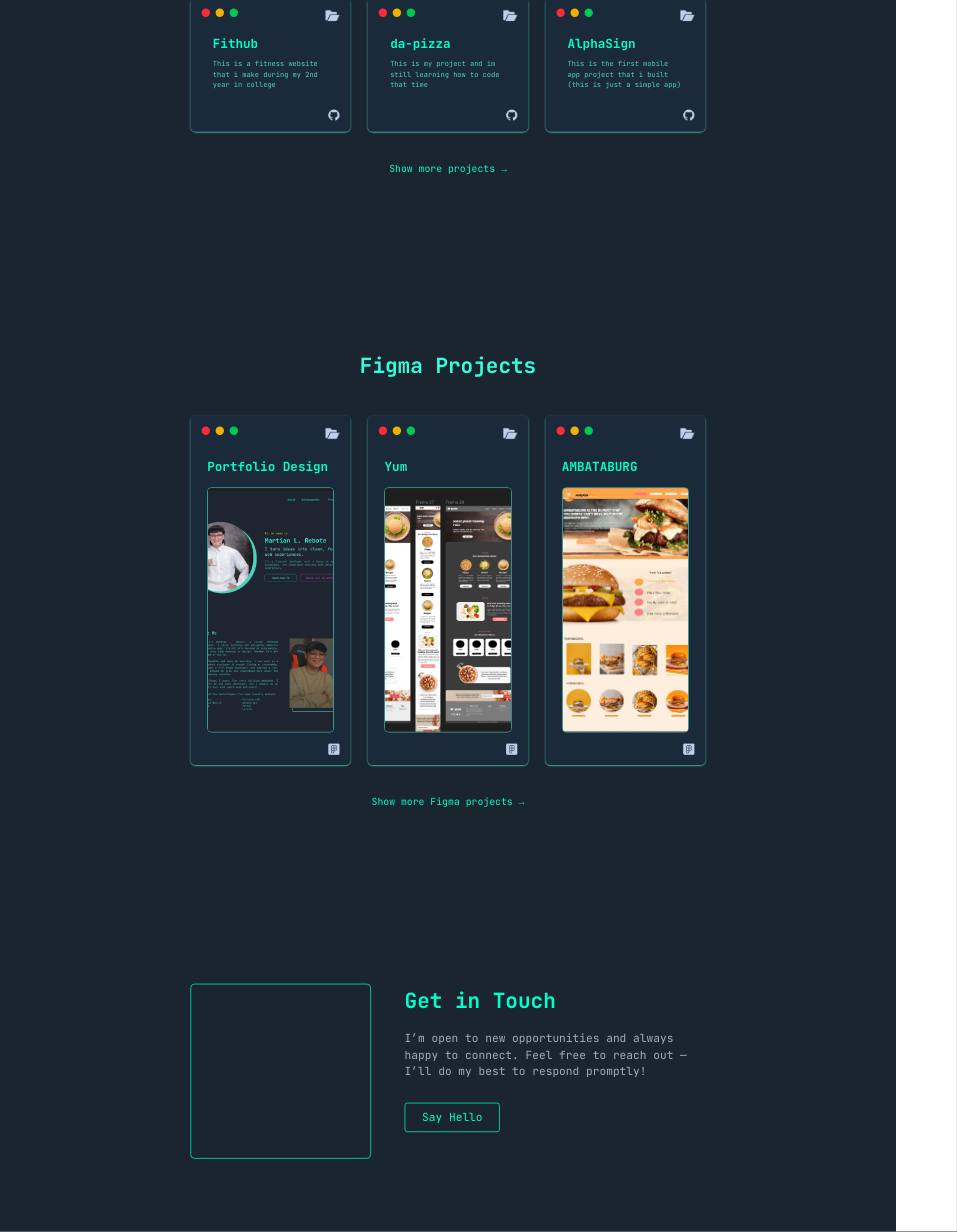
Repository: m4rsu-code/Portfolio
Page: / (app in my-portfolio/)
The author's editor kept a copy of each file at every save. The page is drawn from the files as they stood at one save, then again after the next save.
The browser window is 1280 px wide. The page is 1367 px wide, so the pictures cover 1367 px, including what lies to the right of the window. The pictures show the part of the page from y = 3195 to 4955 px (the page is 4955 px tall), at 70% of full size.
The project was rebuilt for these pictures with package versions that can differ from the ones it lists, and the page was loaded fresh each time. Also part of the build but not shown: my-portfolio/vite.config.js, my-portfolio/src/assets/components/Modal/AchievementModal.jsx, my-portfolio/src/AchievementsPage.jsx, my-portfolio/src/ProjectPage.jsx, my-portfolio/src/FigmaProjectsPage.jsx.

Above is the page before, as saved 2025-08-04 18:16:55.

### my-portfolio/src/main.jsx
import { StrictMode } from "react";
import { createRoot } from "react-dom/client";
import { BrowserRouter as Router, Routes, Route } from "react-router-dom";
import "./assets/CSS/index.css";
import App from "./App.jsx";
import AchievementsPage from "./AchievementsPage.jsx";
import ProjectPage from "./ProjectPage.jsx";
import FigmaProjectsPage from "./FigmaProjectsPage.jsx";
import ScrollToTop from "./assets/components/ScrollToTop.jsx";

createRoot(document.getElementById("root")).render(
  <StrictMode>
    <Router>
      <ScrollToTop />
      <Routes>
        <Route path="/" element={<App />} />
        <Route path="/achievements" element={<AchievementsPage />} />
        <Route path="/projects" element={<ProjectPage />} />
        <Route path="/figma-projects" element={<FigmaProjectsPage />} />
      </Routes>
    </Router>
  </StrictMode>
);

### my-portfolio/src/assets/CSS/index.css
@import "tailwindcss";

@layer base {
  .font-jetbrains-mono {
    font-family: 'JetBrains Mono', monospace;
  }
}

### my-portfolio/src/App.jsx
import { useState } from 'react';
import { Link } from 'react-router-dom';
import Navbar from './assets/components/Navbar';
import AchievementModal from './assets/components/Modal/AchievementModal';
import './assets/CSS/animation.css';
import { achievements, projects, figmaProjects } from './assets/components/data';
import ScrollToTopButton from './assets/components/ScrollToTopButton';

function App() {
  const [isModalOpen, setIsModalOpen] = useState(false);
  const [selectedAchievement, setSelectedAchievement] = useState(null);

  const openModal = (achievement) => {
    setSelectedAchievement(achievement);
    setIsModalOpen(true);
  };

  const closeModal = () => {
    setIsModalOpen(false);
    setSelectedAchievement(null);
  };

  return (
    <div className='min-h-screen bg-[#1A252F]'>
      <Navbar />
      <ScrollToTopButton />
      <div className='w-full px-60 py-10'>
        {/* Introduction Section */}
        <div className="flex flex-col items-center justify-center mt-30">
          <div className="flex flex-col md:flex-row items-center justify-center gap-35 px-8 py-16">
            {/* Image with Glowing Effect */}
            <div className="relative">
              <div className="rounded-full border-[2px] border-[#00FFCC] overflow-hidden w-[500px] h-[500px] animate-glow">
                <img
                  src="/Images/me.png"
                  alt="Martian L. Rebote"
                  className="object-cover w-full h-full"
                />
              </div>
            </div>

            {/* Text Content */}
            <div className="text-center md:text-left font-jetbrains-mono">
              <div className='w-full md:w-[750px]'>
                <p className="text-[#FFEA00] text-[18px]">Hi, my name is</p>
                <h1 className="text-[#00FFCC] text-[45px] font-bold mt-2">Martian L. Rebote</h1>
                <p className="text-base text-[30px] font-bold text-[#57CDB9] mt-4">
                  I turn ideas into clean, functional web experiences.
                </p>
                <p className="mt-4 text-[#4CD2BC] leading-relaxed text-[18px]">
                  I’m a frontend developer with a focus on building fast, accessible, and responsive websites that deliver great user experiences.
                </p>
              </div>

              <div className="mt-6 flex flex-col sm:flex-row items-center gap-4">
                <a href="/Martian_Rebote_CV.pdf" className="border border-[#00FFCC] px-5 py-2 rounded-md text-[#00FFCC] hover:bg-[#00FFCC] hover:text-black transition-colors">
                  Download CV
                </a>
                <a href="#projects" className="border border-[#FF38E5] px-5 py-2 rounded-md text-[#FF38E5] hover:bg-[#FF38E5] hover:text-black transition-colors">
                  Check out my work!
                </a>
              </div>
            </div>
          </div>
        </div>

        {/* About Me Section */}
        <div id="about" className="flex flex-col mt-30">
          <div className='flex flex-col md:flex-row items-center justify-between gap-10 px-8 py-16'>
            <div className='w-full md:w-[800px] text-left font-jetbrains-mono'>
              <h2 className='text-[#31FFDD] text-[30px] font-bold mb-7'>About Me</h2>
              <div className='w-full md:w-[900px] text-justify px-5'>
                <p className='text-[#4CD2BC] text-[18px] mt-4'>
                  Hi, I’m Martian L. Rebote, a junior frontend developer. I enjoy building and designing websites and mobile apps. I’m not only focused on programming, but I also like working on design, whether it’s for the web or mobile.
                </p>
                <p className='text-[#4CD2BC] text-[18px] mt-4'>
                  I’m flexible and open to learning. I can work as a full-stack developer if needed. During my internship, I became a full-stack developer and learned a lot, which helped me grow and understand more about the programming industry.
                </p>
                <p className='text-[#4CD2BC] text-[18px] mt-4'>
                  Some of the technologies I’ve used recently include:
                </p>

                <div className='flex flex-col sm:flex-row gap-10 mt-4'>
                  <ul className='text-[#4CD2BC] text-[18px] mt-2 list-disc pl-5'>
                    <li>React</li>
                    <li>React-Native</li>
                    <li>HTML</li>
                    <li>CSS</li>
                  </ul>
                  <ul className='text-[#4CD2BC] text-[18px] mt-2 list-disc pl-5'>
                    <li>Tailwind CSS</li>
                    <li>JavaScript</li>
                    <li>Python</li>
                    <li>Laravel</li>
                  </ul>
                </div>
              </div>
            </div>

            <div className="relative image-container w-[380px] h-[450px] group cursor-pointer">
              <div className="absolute left-5 w-full h-full border-3 border-[#00FFCC] rounded-[10px] uneven-box z-0 transition-transform duration-300 ease-in-out"></div>
              <div className="relative z-10 rounded-[10px] overflow-hidden w-full h-full transition-transform duration-300 ease-in-out group-hover:translate-x-[-10px] group-hover:translate-y-[-10px]">
                <img
                  src="/Images/me2.jpg"
                  alt="Martian L. Rebote"
                  className="object-cover w-full h-full"
                />
              </div>
            </div>
          </div>
        </div>

        {/* Achievements Section */}
        <div id="achievements" className="flex flex-col mt-30 px-8 py-16 font-jetbrains-mono">
          <h2 className="text-[#31FFDD] text-[30px] font-bold mb-12">Notable Achievements</h2>

          {/* Cards Grid - Limited to first 2 achievements */}
          <div>
            {/* First Row */}
            <div className="grid md:grid-cols-2 gap-10">
              {/* Left card (code-like box with image) */}
              <div className="bg-[#1B2A3A] rounded-lg p-4 flex flex-col h-96">
                <div className="flex gap-2 mb-4">
                  <div className="w-3 h-3 bg-red-500 rounded-full"></div>
                  <div className="w-3 h-3 bg-yellow-500 rounded-full"></div>
                  <div className="w-3 h-3 bg-green-500 rounded-full"></div>
                </div>
                <div
                  className="border border-[#4CD2BC] rounded-md flex-grow overflow-hidden group cursor-pointer"
                  onClick={() => openModal(achievements[0])}
                >
                  <img
                    src={achievements[0].image}
                    alt="Achievement Image"
                    className="w-full h-full object-cover transition-transform duration-300 ease-in-out group-hover:scale-110"
                  />
                </div>
              </div>

              {/* Right card (trophy + achievement with text) */}
              <div className="flex flex-col h-64">
                <p className="text-[#31FFDD] text-sm mb-2">Featured Achievement</p>
                <h3 className="text-[#31FFDD] text-lg font-bold flex items-center gap-2">
                  🏆 {achievements[0].title}
                </h3>
                <div className="border border-[#4CD2BC] rounded-md flex-grow mt-4 p-4 text-[#4CD2BC] text-sm overflow-auto">
                  {achievements[0].description}
                </div>
                <p className="text-[#4CD2BC] text-sm mt-2">Date: {achievements[0].date}</p>
              </div>
            </div>

            {/* Second Row */}
            <div className="grid md:grid-cols-2 gap-10 mt-10">
              {/* Left card (trophy + achievement with text) */}
              <div className="flex flex-col h-64">
                <p className="text-[#31FFDD] text-sm mb-2">Featured Achievement</p>
                <h3 className="text-[#31FFDD] text-lg font-bold flex items-center gap-2">
                  🏆 {achievements[1].title}
                </h3>
                <div className="border border-[#4CD2BC] rounded-md flex-grow mt-4 p-4 text-[#4CD2BC] text-sm overflow-auto">
                  {achievements[1].description}
                </div>
                <p className="text-[#4CD2BC] text-sm mt-2">Date: {achievements[1].date}</p>
              </div>

              {/* Right card (code-like box with image) */}
              <div className="bg-[#1B2A3A] rounded-lg p-4 flex flex-col h-96">
                <div className="flex gap-2 mb-4">
                  <div className="w-3 h-3 bg-red-500 rounded-full"></div>
                  <div className="w-3 h-3 bg-yellow-500 rounded-full"></div>
                  <div className="w-3 h-3 bg-green-500 rounded-full"></div>
                </div>
                <div
                  className="border border-[#4CD2BC] rounded-md flex-grow overflow-hidden group cursor-pointer"
                  onClick={() => openModal(achievements[1])}
                >
                  <img
                    src={achievements[1].image}
                    alt="Achievement Image"
                    className="w-full h-full object-cover transition-transform duration-300 ease-in-out group-hover:scale-110"
                  />
                </div>
              </div>
            </div>
          </div>

          {/* Show more link */}
          <div className="text-center mt-10">
            <Link
                to="/achievements"
                state={{ achievements }}
                className="text-[#31FFDD] text-sm hover:underline"
              >
                Show more achievements →
              </Link>
          </div>
        </div>

        {/* Project Section */}
        <div id='projects' className="flex flex-col mt-30 px-8 py-16 font-jetbrains-mono">
          <h2 className="text-[#31FFDD] text-[30px] text-center font-bold mb-12">Featured Projects</h2>
          <div className="grid grid-cols-1 sm:grid-cols-2 lg:grid-cols-3 gap-6">
            {projects.slice(0, 6).map((project) => (
              <div
                key={project.id}
                className="bg-[#1B2A3A] rounded-lg p-4 flex flex-col h-48 relative group shadow-xs shadow-[#4CD2BC] cursor-pointer transform transition-transform duration-300 ease-in-out hover:-translate-y-2"
              >
                <div className="flex gap-2">
                  <div className="w-3 h-3 bg-red-500 rounded-full"></div>
                  <div className="w-3 h-3 bg-yellow-500 rounded-full"></div>
                  <div className="w-3 h-3 bg-green-500 rounded-full"></div>
                  <div className="justify-end ml-auto">
                    <img src="/Images/open-folder.png" alt="Folder Icon" className="w-5 h-5" />
                  </div>
                </div>
                <div className="text-left rounded-md flex-grow p-4">
                  <h3 className="text-[#00FFCC] text-[18px] font-bold mb-2">{project.title}</h3>
                  <p className="text-[#4CD2BC] text-[10px]">{project.description}</p>
                </div>
                <div className="flex justify-end gap-2">
                  {project.githubLink ? (
                    <a href={project.githubLink} target="_blank" rel="noopener noreferrer" aria-label={`View ${project.title} on GitHub`}>
                      <img
                        src="/Images/github.png"
                        alt="GitHub Icon"
                        className="w-4 h-4 hover:invert hover:brightness-0 hover:sepia hover:saturate-[100%]"
                      />
                    </a>
                  ) : (
                    <img
                      src="/Images/github.png"
                      alt="GitHub Icon"
                      className="w-4 h-4 hover:invert hover:brightness-0 hover:sepia hover:saturate-[100%]"
                    />
                  )}
                  {project.title === 'Portfolio' && project.link && (
                    <a href={project.link} target="_blank" rel="noopener noreferrer" aria-label="View Portfolio Website">
                      <img
                        src="/Images/link.png"
                        alt="Link Icon"
                        className="w-4 h-4 hover:invert hover:brightness-0 hover:sepia hover:saturate-[100%]"
                      />
                    </a>
                  )}
                </div>
              </div>
            ))}
          </div>

          {projects.length > 6 && (
            <div className="text-center mt-10">
              <Link
                to="/projects"
                state={{ projects }}
                className="text-[#00FFCC] text-sm hover:underline"
              >
                Show more projects →
              </Link>
            </div>
          )}
        </div>

        {/* Figma Projects Section */}
        <div className="flex flex-col mt-30 px-8 py-16 font-jetbrains-mono">
          <h2 className="text-[#31FFDD] text-[30px] text-center font-bold mb-12">Figma Projects</h2>
          <div className="grid grid-cols-1 sm:grid-cols-2 lg:grid-cols-3 gap-6">
            {figmaProjects.slice(0, 3).map((project) => (
              <div
                key={project.id}
                className="bg-[#1B2A3A] rounded-lg p-4 flex flex-col h-[500px] relative group shadow-xs shadow-[#4CD2BC] cursor-pointer transform transition-transform duration-300 ease-in-out hover:-translate-y-2"
              >
                {/* Header with window controls and folder icon */}
                <div className="flex gap-2 mb-4">
                  <div className="w-3 h-3 bg-red-500 rounded-full"></div>
                  <div className="w-3 h-3 bg-yellow-500 rounded-full"></div>
                  <div className="w-3 h-3 bg-green-500 rounded-full"></div>
                  <div className="justify-end ml-auto">
                    <img src="/Images/open-folder.png" alt="Folder Icon" className="w-5 h-5" />
                  </div>
                </div>

                {/* Project Title */}
                <div className="flex items-start justify-start p-2">
                  <h3 className="text-[#00FFCC] text-[18px] font-bold">{project.title}</h3>
                </div>

                {/* Image with Border and No Overlap */}
                <div className="flex-grow flex items-center justify-center p-2">
                  <div className="border border-[#4CD2BC] rounded-md w-full h-[350px] overflow-hidden ">
                    <img
                      src={project.image}
                      alt={`${project.title} Image`}
                      className="w-full h-full object-cover"
                      onError={(e) => (e.target.src = '/Images/fallback.png')}
                      loading="lazy"
                    />
                  </div>
                </div>

                {/* Figma Link */}
                <div className="flex justify-end gap-2 mt-2">
                  {project.figmaLink && (
                    <a
                      href={project.figmaLink}
                      target="_blank"
                      rel="noopener noreferrer"
                      aria-label={`View ${project.title} on Figma`}
                    >
                      <img
                        src="/Images/figma.png"
                        alt="Figma Icon"
                        className="w-4 h-4 hover:invert hover:brightness-0 hover:sepia hover:saturate-[100%]"
                      />
                    </a>
                  )}
                </div>
              </div>
            ))}
          </div>
          {figmaProjects.length > 3 && (
            <div className="text-center mt-10">
              <Link
                to="/figma-projects"
                state={{ figmaProjects }}
                className="text-[#00FFCC] text-sm hover:underline"
              >
                Show more Figma projects →
              </Link>
            </div>
          )}
        </div>

        {/* Contact section */}
        <div className="flex flex-col mt-30 px-8 py-16 font-jetbrains-mono">
          <div className="flex  items-center justify-center gap-12 max-w-6xl w-full">

            {/* Left side — the outlined box */}
            <div className="border border-[#00FFCC] md:w-[440px] md:h-[250px] rounded-md"></div>

            {/* Right side — text, button, and icons */}
            <div className="w-full text-center md:text-left">
              <h2 className="text-[#00FFCC] text-2xl md:text-3xl font-bold mb-6">Get in Touch</h2>
              <p className="text-[#A0AEC0] text-sm md:text-base mb-8 max-w-md">
                I’m open to new opportunities and always happy to connect. Feel free to reach out — I’ll do my best to respond promptly!
              </p>
              <button className="border border-[#00FFCC] text-[#00FFCC] px-6 py-2 rounded hover:bg-[#00FFCC] hover:text-[#131A26] transition duration-300 mb-8">
                Say Hello
              </button>

              {/* Social icons */}
              <div className="flex items-center justify-center md:justify-start gap-4 text-[#A0AEC0]">
                <a href="#" className="hover:text-[#00FFCC]">
                  <i className="fab fa-facebook text-2xl"></i>
                </a>
                <a href="#" className="hover:text-[#00FFCC]">
                  <i className="fab fa-instagram text-2xl"></i>
                </a>
                <a href="#" className="hover:text-[#00FFCC]">
                  <i className="fab fa-x-twitter text-2xl"></i>
                </a>
                <a href="#" className="hover:text-[#00FFCC]">
                  <i className="fab fa-linkedin text-2xl"></i>
                </a>
              </div>
            </div>
          </div>
        </div>


        {/* Modal */}
        {isModalOpen && selectedAchievement && (
          <AchievementModal
            image={selectedAchievement.image}
            title={selectedAchievement.title}
            description={selectedAchievement.description}
            date={selectedAchievement.date}
            onClose={closeModal}
          />
        )}
      </div>
    </div>
  );
}

export default App;

### my-portfolio/src/assets/components/ScrollToTop.jsx
import { useEffect } from 'react';
import { useLocation } from 'react-router-dom';

const ScrollToTop = () => {
  const { pathname } = useLocation();

  useEffect(() => {
    // Scrolls to the top of the window on pathname change
    window.scrollTo(0, 0);
  }, [pathname]);

  return null;
};

export default ScrollToTop;

### my-portfolio/src/assets/components/Navbar.jsx
import React from 'react';
import '../CSS/Navbar.css'; // Import the CSS for styling

function Navbar() {
  return (
    <nav className="w-full px-10 py-4 flex justify-between items-center fixed top-0 left-0 z-50 bg-transparent backdrop-blur-md font-jetbrains-mono">
      {/* Logo on the left */}
      <a href="/" className='text-3xl font-bold text-[#FF38E5] cursor-pointer'>m4rsu</a>
      {/* Navigation links on the right */}
      <div className='flex gap-10 text-base'>
        <a href='#about' className='text-[#31FFDD] text-[15px] font-light nav-link'>About</a>
        <a href='#achievements' className='text-[#31FFDD] text-[15px] font-light nav-link'>Achievements</a>
        <a href='#projects' className='text-[#31FFDD] text-[15px] font-light nav-link'>Projects</a>
        <a href='#contact' className='text-[#31FFDD] text-[15px] font-light nav-link'>Contact</a>
      </div>
    </nav>
  );
}

export default Navbar;

### my-portfolio/src/assets/CSS/animation.css
@keyframes glow {
  0% {
    box-shadow: 0 0 5px #00FFCC, 0 0 10px #00FFCC, 0 0 15px #00FFCC, 0 0 20px #00FFCC;
  }
  50% {
    box-shadow: 0 0 10px #00FFCC, 0 0 20px #00FFCC, 0 0 30px #00FFCC, 0 0 40px #00FFCC;
  }
  100% {
    box-shadow: 0 0 5px #00FFCC, 0 0 10px #00FFCC, 0 0 15px #00FFCC, 0 0 20px #00FFCC;
  }
}

@keyframes glow {
  0% {
    box-shadow: 0 0 5px #00FFCC, 0 0 10px #00FFCC;
  }
  50% {
    box-shadow: 0 0 15px #00FFCC, 0 0 25px #00FFCC;
  }
  100% {
    box-shadow: 0 0 5px #00FFCC, 0 0 10px #00FFCC;
  }
}

.animate-glow {
  animation: glow 2s ease-in-out infinite;
}

.uneven-box {
  transform: translateY(20px); /* move it downward initially */

  transition: transform 0.3s ease-in-out;
}

.image-container:hover .uneven-box {
  transform: translateY(30px); /* move it further down on hover */
}

### my-portfolio/src/assets/CSS/Navbar.css
.nav-link {
  position: relative;
  text-decoration: none;
}

.nav-link::after {
  content: '';
  position: absolute;
  width: 100%;
  height: 2px;
  bottom: -2px;
  left: 0;
  background-color: #31FFDD;
  transform: scaleX(0);
  transform-origin: bottom right;
  transition: transform 0.3s ease-in-out;
}

.nav-link:hover::after {
  transform: scaleX(1);
  transform-origin: bottom left;
}

Loaded but not shown: my-portfolio/index.html (common file); my-portfolio/src/assets/components/data.jsx (105 lines, source omitted); my-portfolio/src/assets/components/ScrollToTopButton.jsx (68 lines, source omitted)

After the next save:
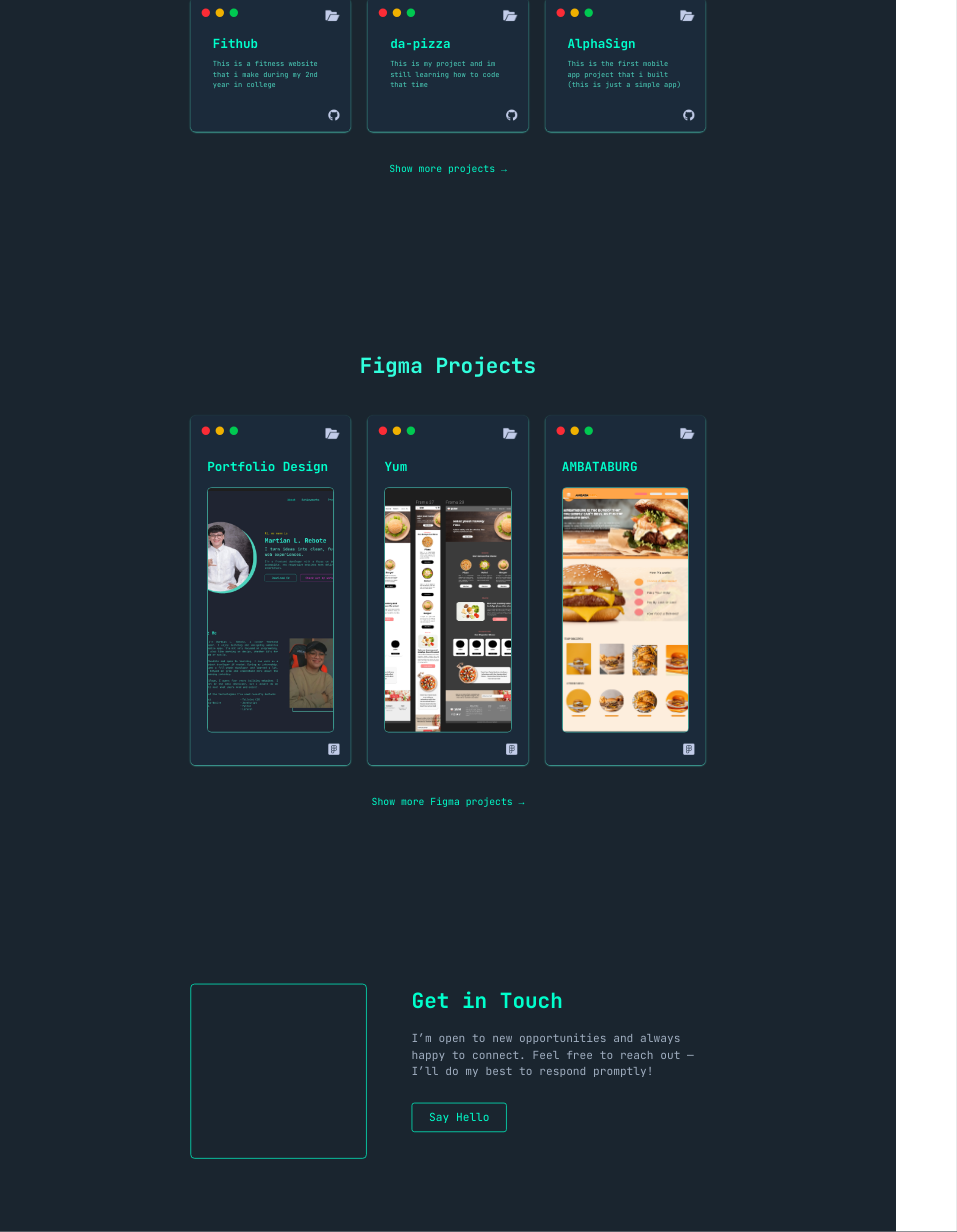
Saved 6 s later.
--- a/my-portfolio/src/App.jsx
+++ b/my-portfolio/src/App.jsx
@@ -333,7 +333,7 @@ function App() {
 
         {/* Contact section */}
         <div className="flex flex-col mt-30 px-8 py-16 font-jetbrains-mono">
-          <div className="flex  items-center justify-center gap-12 max-w-6xl w-full">
+          <div className="flex  items-center justify-center gap-16 max-w-6xl w-full">
 
             {/* Left side — the outlined box */}
             <div className="border border-[#00FFCC] md:w-[440px] md:h-[250px] rounded-md"></div>
